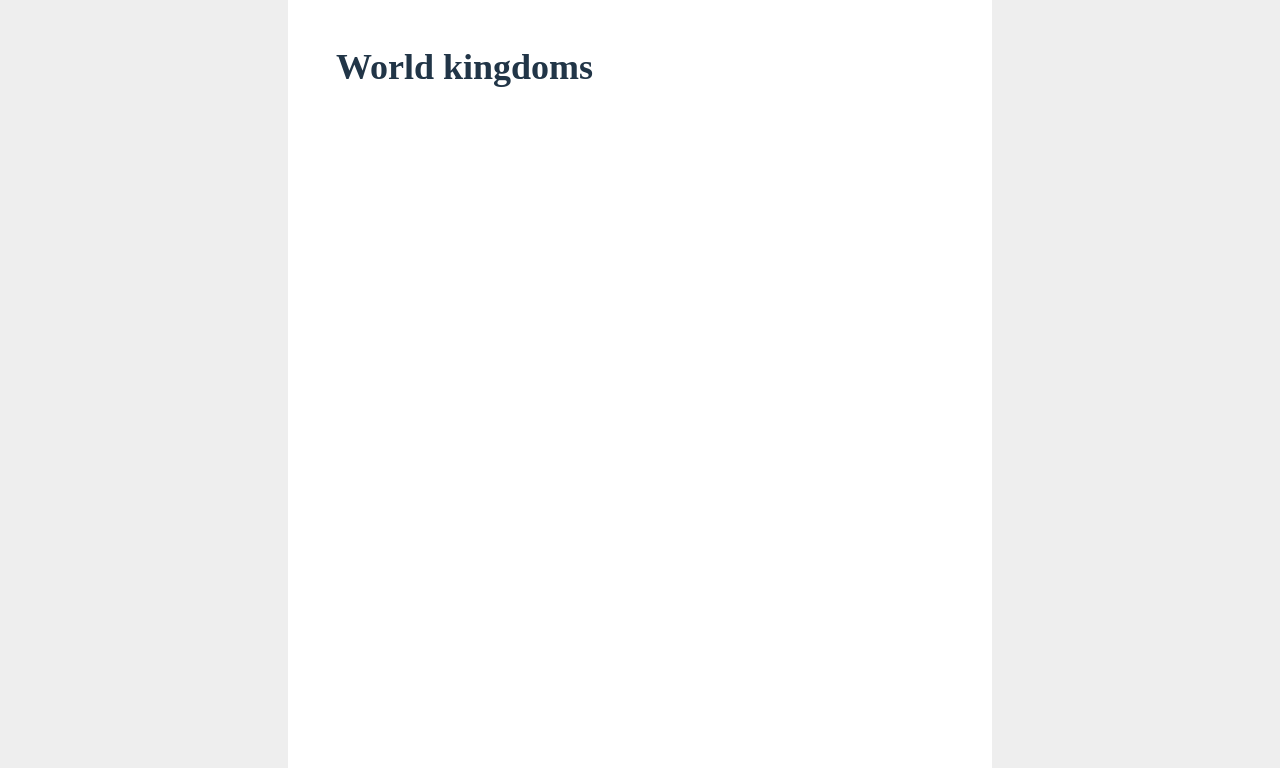
Repository: SamanthaYan298/my_world_kingdoms
Page: /
The author's editor kept a copy of each file at every save. The page is drawn from the files as they stood at one save, then again after the next save.
The browser window is 1280 px wide. The pictures show the whole page.
The page's requests for data from a server got no answer. The project was rebuilt for these pictures with package versions that can differ from the ones it lists, and the page was loaded fresh each time. No one was signed in, and anything a server would have sent is missing. Also part of the build but not shown: vite.config.js.

Above is the page before, as saved 2024-11-20 18:20:27.

### src/App.jsx
import { useEffect, useState } from 'react'
import './App.css'
import Countries from '../components/Countries';

function App() {

  const [query, setQuery] = useState('');
  const [countries, setCountries] = useState([]);
  const [fetchStatus, setFetchStatus] = useState('idle');

  // load data on mount - only load once
  useEffect(() => {
    const url = ` https://restcountries.com/v3.1/name/kingdom`;

    async function fetchData() {
      let response, data;
      try{
        setFetchStatus('loading');
        response = await fetch(url);
        data = await response.json();
        setCountries(data);
        setFetchStatus('idle');
      } catch(e) {
        setFetchStatus('error');
        console.error(e.message);
      }
    }

    fetchData();

  }, [query]);

  let filteredCountries = [...countries];

  return (
    <>
    <div className='countries'>
      <h1>World kingdoms</h1>
      <Countries countries={filteredCountries} />
    </div>

    </>
  )
}

export default App

### src/App.css
#root {
  width: 100%;
  height: 100%;
  margin: 0 auto;
  padding: 0 2rem;
  text-align: center;
  background-color: #eee;
  font-family: "DM Serif Text", serif;
  font-weight: 400;
  font-style: normal;
}

h1 {
  display: block;
  font-size: 1.5em;
  margin-block-start: 0.67em;
  margin-block-end: 0.67em;
  margin-inline-start: 0px;
  margin-inline-end: 0px;
  font-weight: bold;
  unicode-bidi: isolate;
  text-align: left;
}

.countries {
  width: 50%;
  background: #fff;
  margin: 0 auto;
  font-size: 1.5em;
  padding: 1em 2em;
  height: 100vh;
  text-align: left;
}

img {
  width: 50%;
}

p {
  padding: 0;
}

### components/Countries.jsx
import '../src/App.css'

function Countries({ countries }) {

    return (
      <div className='outer-container'>
        {countries.map((country, index) => (
            <div key={index} className='cards-container'>
              <h1>{country.name.official}</h1>
              <img src={country.flags.png} alt={`Flag of ${country.name.common}`} />
              <h4 className='name'>{country.name.common}</h4>
              <div className='country-info'>
                <p>
                  <span><strong>Capital: </strong></span>
                  <span>{country.capital}</span>
                </p>
                <p>
                  <span><strong>Location in: </strong></span>
                  <span className='borders'>{country.subregion}</span>
                </p>
              </div>
            </div>
          ))}
      </div>
    );
  }

  export default Countries;

Loaded but not shown: index.html (common file); src/main.jsx (common file); src/index.css (common file)

After the next save:
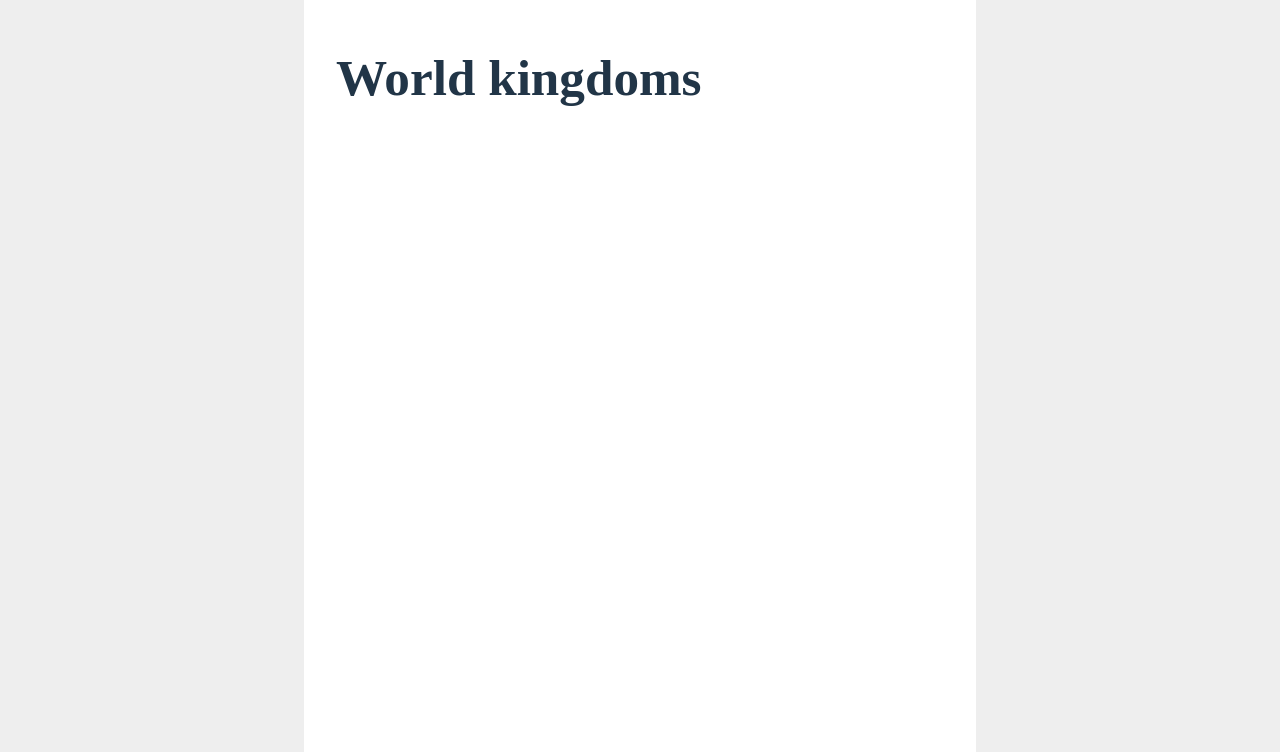
Saved 21 s later.
--- a/src/App.css
+++ b/src/App.css
@@ -12,7 +12,6 @@
 
 h1 {
   display: block;
-  font-size: 1.5em;
   margin-block-start: 0.67em;
   margin-block-end: 0.67em;
   margin-inline-start: 0px;
@@ -26,7 +25,6 @@ h1 {
   width: 50%;
   background: #fff;
   margin: 0 auto;
-  font-size: 1.5em;
   padding: 1em 2em;
   height: 100vh;
   text-align: left;
